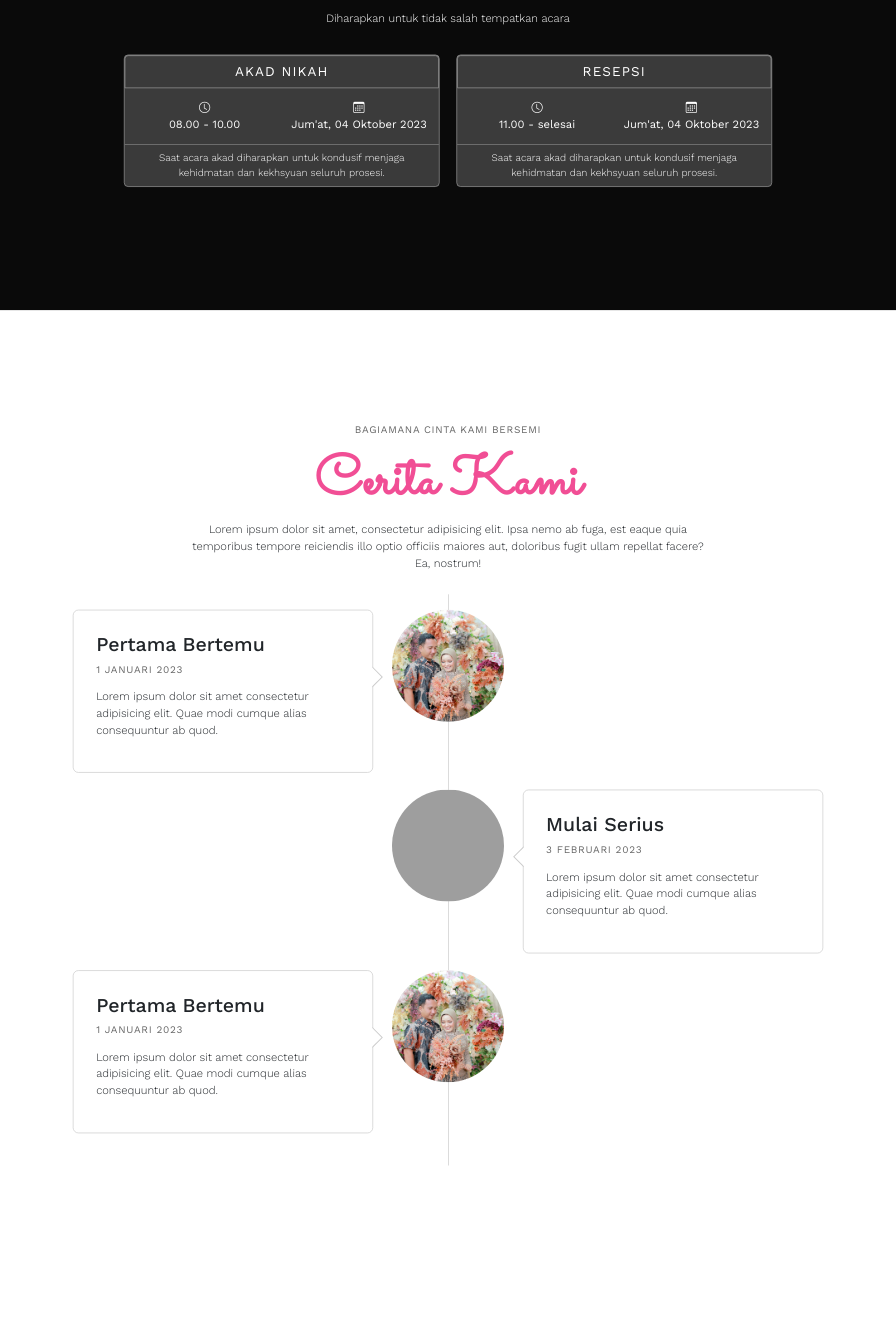
Repository: sellayspy/invitation
Page: index.html
These files come from the project's save history. The page is drawn as it stood at one moment and after the next save; the edit follows.
The browser window is 1280 px wide. The pictures show the part of the page from y = 2080 to 4000 px (the page is 4000 px tall), at 70% of full size.
Pictures or frames that could not be fetched are drawn as grey boxes.

Above is the page before, as saved 2024-07-08 20:00:19.

### index.html
<!DOCTYPE html>
<html lang="en">
  <head>
    <meta charset="utf-8" />
    <meta name="viewport" content="width=device-width, initial-scale=1" />
    <title>Dela & Roni</title>
    <link
      href="https://cdn.jsdelivr.net/npm/bootstrap@5.3.3/dist/css/bootstrap.min.css"
      rel="stylesheet"
      integrity="sha384-QWTKZyjpPEjISv5WaRU9OFeRpok6YctnYmDr5pNlyT2bRjXh0JMhjY6hW+ALEwIH"
      crossorigin="anonymous"
    />
    <link rel="preconnect" href="https://fonts.googleapis.com" />
    <link rel="preconnect" href="https://fonts.gstatic.com" crossorigin />
    <link
      href="https://fonts.googleapis.com/css2?family=Sacramento&family=Work+Sans:ital,wght@0,100..900;1,100..900&display=swap"
      rel="stylesheet"
    />

    <!--Simple Coutdown-->
    <link rel="stylesheet" href="coutdown/simplyCountdown.theme.default.css" />
    <script src="coutdown/simplyCountdown.min.js"></script>

    <!--Custom CSS Icon-->
    <link rel="stylesheet" href="https://cdn.jsdelivr.net/npm/bootstrap-icons@1.11.3/font/bootstrap-icons.min.css">

    <link rel="stylesheet" href="style.css" />
  </head>
  <body>
    <section
      id="hero"
      class="hero w-100 h-100 p-3 mx-auto text-center d-flex justify-content-center align-items-center text-white"
    >
      <main>
        <h4>Kepada Bapak/Ibu/Saudara/i,</h4>
        <h1>Dela Sri Aprialini & Roni Sahroni</h1>
        <p>Akan melangsungkan resepsi pernikahan dalam:</p>
        <div class="simply-countdown"></div>
        <a href="#undangan" class="btn btn-lg mt-4">Lihat Undangan</a>
      </main>
    </section>

    <nav class="navbar navbar-expand-md bg-transparent sticky-top mynavbar">
      <div class="container">
        <a class="navbar-brand" href="#">Spy</a>
        <button
          class="navbar-toggler border-0"
          type="button"
          data-bs-toggle="offcanvas"
          data-bs-target="#offcanvasNavbar"
          aria-controls="offcanvasNavbar"
          aria-label="Toggle navigation"
        >
          <span class="navbar-toggler-icon"></span>
        </button>
        <div
          class="offcanvas offcanvas-end"
          tabindex="-1"
          id="offcanvasNavbar"
          aria-labelledby="offcanvasNavbarLabel"
        >
          <div class="offcanvas-header">
            <h5 class="offcanvas-title" id="offcanvasNavbarLabel">Spy</h5>
            <button
              type="button"
              class="btn-close"
              data-bs-dismiss="offcanvas"
              aria-label="Close"
            ></button>
          </div>
          <div class="offcanvas-body">
            <div class="navbar-nav ms-auto">
              <a class="nav-link" href="#home">Home</a>
              <a class="nav-link" href="#info">Info</a>
              <a class="nav-link" href="#story">Story</a>
              <a class="nav-link" href="#gallery">Gallery</a>
              <a class="nav-link" href="#rsvp">RSVP</a>
              <a class="nav-link" href="#gifts">Gifts</a>
            </div>
          </div>
        </div>
      </div>
    </nav>

    <section id="home" class="home">
      <div class="container">
        <div class="row justify-content-center">
          <div class="col-md-8 text-center">
            <h2>Acara Pernikahan</h2>
            <h3>
              Diselenggarakan pada 04 oktober 2024 di Tasikmalaya, Jawa Barat
            </h3>
            <p>
              Oleh karena itu, dengan segala hormat, kami bermaksud untuk
              mengundang Bapak/Ibu, Saudara/i, untuk hadir pada acara pernikahan
              kami.
            </p>
          </div>
        </div>

        <div class="row couple">
          <div class="col-lg-6">
            <div class="row">
              <div class="col-8 text-end">
                <h3>Roni Sahroni</h3>
                <p>
                  Lorem ipsum dolor, sit amet consectetur adipisicing elit. Quis
                  rerum qui, placeat harum quod saepe eius necessitatibus sunt
                  doloremque! Aperiam, laborum doloribus quos sit et adipisci
                  molestias iure sunt dolorum?
                </p>
                <p>
                  Putra dari Bpk. Lorem <br />
                  dan Ibu Ipsum
                </p>
              </div>
              <div class="col-4">
                <img
                  src="img/Desain tanpa judul (1).jpg"
                  alt="Roni Sahroni"
                  class="img-responsive rounded-circle"
                />
              </div>
            </div>
          </div>

          <span class="heart"><i class="bi bi-heart-fill"></i></span>

          <div class="col-lg-6">
            <div class="row">
              <div class="col-4">
                <img
                  src="img/Desain tanpa judul (2).jpg"
                  alt="Dela Sri"
                  class="img-responsive rounded-circle"
                />
              </div>
              <div class="col-8">
                <h3>Dela Sri</h3>
                </h3>
                <p>
                  Lorem ipsum dolor, sit amet consectetur adipisicing elit. Quis
                  rerum qui, placeat harum quod saepe eius necessitatibus sunt
                  doloremque! Aperiam, laborum doloribus quos sit et adipisci
                  molestias iure sunt dolorum?
                </p>
                <p>
                  Putra dari Bpk. Lorem <br />
                  dan Ibu Ipsum
                </p>
              </div>
            </div>
          </div>
        </div>
      </div>
    </section>

    <section id="info" class="info">
      <div class="container">
        <div class="row justify-content-center">
          <div class="col-md-8 col-10 text-center">
            <h2>Informasi Acara</h2>
            <p class="alamat">Alamat: Gedung Kologdam, Kodiklat TNI AL AD. <br> Jl. Kologdam No. 1, Kec. Bandung</p>
            <a href="https://maps.app.goo.gl/j2RVmCKoAZy6CYFM9" target="_blank" class="btn btn-light btn-sm my-3">Klik untuk membuka peta</a>
            <p class="description">Diharapkan untuk tidak salah tempatkan acara</p>
          </div>
        </div>

        <div class="row justify-content-center mt-4">
          <div class="col-md-5 col-10">
            <div class="card text-center text-bg-light mb-5">
         <div class="card-header">Akad Nikah</div>
              <div class="card-body">
                <div class="row justify-content-center">
                  <div class="col-md-6">
                    <i class="bi bi-clock d-block"></i>
                    <span>08.00 - 10.00</span>
                  </div>
                  <div class="col-md-6">
                    <i class="bi bi-calendar3 d-block"></i>
                    <span>Jum'at, 04 Oktober 2023</span>
                  </div>
                </div>
             </div>
         <div class="card-footer">
          Saat acara akad diharapkan untuk kondusif menjaga kehidmatan dan kekhsyuan seluruh prosesi.
        </div>
          </div>
          </div>

          <div class="col-md-5 col-10">
            <div class="card text-center text-bg-light">
         <div class="card-header">Resepsi</div>
              <div class="card-body">
                <div class="row justify-content-center">
                  <div class="col-md-6">
                    <i class="bi bi-clock d-block"></i>
                    <span>11.00 - selesai</span>
                  </div>
                  <div class="col-md-6">
                    <i class="bi bi-calendar3 d-block"></i>
                    <span>Jum'at, 04 Oktober 2023</span>
                  </div>
                </div>
             </div>
         <div class="card-footer">
          Saat acara akad diharapkan untuk kondusif menjaga kehidmatan dan kekhsyuan seluruh prosesi.
        </div>
          </div>
          </div>
        </div>
      </div>
    </section>

    <section id="story" class="story">
      <div class="container">
        <div class="row justify-content-center">
          <div class="col-md-8 col-10 text-center">
            <span>Bagiamana Cinta Kami Bersemi</span>
            <h2>Cerita Kami</h2>
            <p>Lorem ipsum dolor sit amet, consectetur adipisicing elit. Ipsa nemo ab fuga, est eaque quia temporibus tempore reiciendis illo optio officiis maiores aut, doloribus fugit ullam repellat facere? Ea, nostrum!</p>
          </div>
        </div>
        <div class="row">
          <div class="col">
            <ul class="timeline">
              <li>
                <div class="timeline-image" style="background-image: url(img/img-4.jpg);"></div>
                <div class="timeline-panel">
                  <div class="timeline-heading">
                  <h3>Pertama Bertemu</h3>
                  <span>1 Januari 2023</span>
                </div>
                <div class="timeline-body">
                  <p>Lorem ipsum dolor sit amet consectetur adipisicing elit. Quae modi cumque alias consequuntur ab quod.</p>
                </div>
                </div>

              </li>
              <li class="timeline-inverted">
                <div class="timeline-image" style="background-image: url(https://picsum.photos/300/300);"></div>
                <div class="timeline-panel">
                  <div class="timeline-heading">
                  <h3>Mulai Serius</h3>
                  <span>3 Februari 2023</span>
                </div>
                <div class="timeline-body">
                  <p>Lorem ipsum dolor sit amet consectetur adipisicing elit. Quae modi cumque alias consequuntur ab quod.</p>
                </div>
                </div>

              </li>
              <li>
                <div class="timeline-image" style="background-image: url(img/img-4.jpg);"></div>
                <div class="timeline-panel">
                  <div class="timeline-heading">
                  <h3>Pertama Bertemu</h3>
                  <span>1 Januari 2023</span>
                </div>
                <div class="timeline-body">
                  <p>Lorem ipsum dolor sit amet consectetur adipisicing elit. Quae modi cumque alias consequuntur ab quod.</p>
                </div>
                </div>

              </li>
            </ul>
          </div>
        </div>
      </div>
    </section>

    <script
      src="https://cdn.jsdelivr.net/npm/bootstrap@5.3.3/dist/js/bootstrap.bundle.min.js"
      integrity="sha384-YvpcrYf0tY3lHB60NNkmXc5s9fDVZLESaAA55NDzOxhy9GkcIdslK1eN7N6jIeHz"
      crossorigin="anonymous"
    ></script>

    <script>
      simplyCountdown(".simply-countdown", {
        year: 2024, // required
        month: 10, // required
        day: 4, // required
        hours: 8, // Default is 0 [0-23] integer
        words: {
          //words displayed into the countdown
          days: { singular: "hari", plural: "hari" },
          hours: { singular: "jam", plural: "jam" },
          minutes: { singular: "menit", plural: "menit" },
          seconds: { singular: "detik", plural: "detik" },
        },
      });
    </script>

    <script>

      const hamburger = document.querySelector(".navbar-toggler");

      const stickyTop = document.querySelector(".sticky-top");

      hamburger.addEventListener("click", () => {
        stickyTop.style.overflow = 'visible'
      });

      const offCanvas = document.querySelector(".offcanvas");

      offCanvas.addEventListener("hidden.bs.offcanvas", () => {
        stickyTop.style.overflow = 'hidden'
      });

    </script>
  </body>
</html>

### coutdown/simplyCountdown.theme.default.css
.simply-countdown {
  overflow: hidden;
  display: table;
  font-family: "Arial", sans-serif;
  margin: auto;
}
.simply-countdown > .simply-section {
  width: 50px;
  height: 50px;
  padding: 80px;
  display: flex;
  align-items: center;
  justify-content: center;
  float: left;
  margin: 10px;
  background: var(--pink);
  box-shadow: 0 1px 3px rgba(0, 0, 0, 0.12), 0 1px 2px rgba(0, 0, 0, 0.24);
  border-radius: 50%;
}
.simply-countdown > .simply-section .simply-amount,
.simply-countdown > .simply-section .simply-word {
  display: block;
  text-align: center;
}
.simply-countdown > .simply-section .simply-amount {
  font-size: 1.6rem;
}

### style.css
:root {
  --pink: #f14e95;

  --bg: #0a0a0a;

  --shadow: 0 2px 2px rgb(0 0 0/ 0.5);
}

body {
  font-size: 1.2rem;
  font-family: "Work Sans", sans-serif;
  min-height: 4000px;
}

.hero::before {
  content: "";
  position: absolute;
  top: 0;
  left: 0;
  height: 100%;
  width: 100%;
  background-image: url(img/gambar-1.jpg);
  background-size: cover;
  background-position: center;
  z-index: -1;
  filter: blur(2px);
}

.hero {
  position: relative;
  min-height: 100vh;
}

.hero h1,
.hero h4,
.hero p {
  text-shadow: var(--shadow);
}

.hero h1 {
  font-family: "Sacramento", cursive;
  font-size: 6rem;
}

.hero h4 {
  font-size: 1.6rem;
}

.hero p {
  font-size: 1.4rem;
}

.hero a {
  color: var(--pink);

  background-color: white;

  box-shadow: var(--shadow);
}

.hero a:hover {
  background-color: var(--pink);
  color: white;
}

.mynavbar {
  background-color: rgba(255, 255, 255, 0.4) !important;
  backdrop-filter: blur(4px);
}

.mynavbar .offcanvas {
  height: 100vh;
}

.mynavbar .navbar-brand,
.mynavbar .offcanvas-title {
  font-family: "Sacramento", cursive;
  font-size: 3.2rem;
  font-weight: bold;
}

.mynavbar .nav-link {
  text-transform: uppercase;
}

.home {
  background-image: url(img/Desain\ tanpa\ judul.png);
  background-size: cover;
  min-height: 100vh;
  margin-top: -6rem;
  padding-top: 15rem;
  padding-bottom: 5rem;
}

.home h2,
.info h2,
.story h2 {
  color: var(--pink);
  font-family: "Sacramento", cursive;
  font-size: 5rem;
  font-weight: bold;
}

.home h3 {
  color: #444;
  font-size: 1.5rem;
  margin-bottom: 1rem;
}

.home p {
  font-size: 1.1rem;
  color: #666;
}

.home .couple {
  margin-top: 100px;
}

.home .couple h3 {
  font-family: "Sacramento";
  font-size: 2.4rem;
  color: var(--pink);
}

.home .couple img {
  width: 100%;
}

.home .heart {
  width: 50px;
  height: 50px;
  background-color: white;
  display: flex;
  border-radius: 50%;
  box-shadow: 0 0 5px rgba(0, 0, 0, 0.5);
  position: absolute;
  left: 50%;
  transform: translateX(-50%) translateY(65px);
}

.home .heart i {
  margin: auto;
  color: var(--pink);
}

.info {
  background-color: var(--bg);
  color: white;
  padding-top: 10rem;
  padding-bottom: 8rem;
}

.info .alamat {
  font-size: 1.1rem;
}

.info .description {
  font-size: 1rem;
  font-weight: 300;
}

.info .card {
  background-color: rgba(255, 255, 255, 0.2) !important;
  color: white !important;
  border: 1px solid #999;
}

.info .card-header {
  border: 1px solid #999;
  text-transform: uppercase;
  letter-spacing: 0.1rem;
}

.info .card-body {
  font-size: 1rem;
}

.info .card-footer {
  border-top: 1px solid #999;
  font-size: 0.9rem;
  font-weight: 300;
}

.story {
  padding-top: 10rem;
  padding-bottom: 8rem;
}

.story span {
  text-transform: uppercase;
  color: #666;
  font-size: 0.9rem;
  letter-spacing: 1px;
  margin-bottom: 1rem;
  display: block;
}

.story p {
  font-size: 1rem;
  font-weight: 300;
}

.timeline {
  list-style: none;
  padding: 1.4rem;
  margin-top: 1rem;
  position: relative;
}

.timeline::before {
  content: "";
  top: 0;
  bottom: 0;
  position: absolute;
  width: 1px;
  background-color: #ccc;
  left: 50%;
}

.timeline li {
  margin-bottom: 1.5rem;
  position: relative;
}

.timeline li::before,
.timeline li::after {
  content: "";
  display: table;
}

.timeline li::after {
  clear: both;
}

.timeline li .timeline-image {
  width: 160px;
  height: 160px;
  background-color: #ccc;
  position: absolute;
  left: 50%;
  transform: translateX(-50%);
  border-radius: 50%;
  background-size: cover;
  background-position: center;
  background-repeat: no-repeat;
}

.timeline li .timeline-panel {
  width: 40%;
  float: left;
  border: 1px solid #ccc;
  padding: 2rem;
  position: relative;
  border-radius: 8px;
}

.timeline li .timeline-panel::before {
  content: "";
  display: inline-block;
  position: absolute;
  border-top: 15px solid transparent;
  border-left: 15px solid #ccc;
  border-right: 0 solid #ccc;
  border-bottom: 15px solid transparent;
  top: 80px;
  right: -15px;
}

.timeline li .timeline-panel::after {
  content: "";
  position: absolute;
  display: inline-block;
  border-top: 14px solid transparent;
  border-left: 14px solid #fff;
  border-right: 0 solid #fff;
  border-bottom: 14px solid transparent;
  top: 81px;
  right: -13px;
}

.timeline li.timeline-inverted .timeline-panel {
  float: right;
}

.timeline li.timeline-inverted .timeline-panel::before {
  border-left-width: 0;
  border-right-width: 15px;
  left: -15px;
  right: auto;
}

.timeline li.timeline-inverted .timeline-panel::after {
  border-left-width: 0;
  border-right-width: 14px;
  left: -13px;
  right: auto;
}

/* Media Query */

/* Extra large devices (large laptops and desktops, 1200px and up) */

@media (max-width: 1200px) {
  .home .heart {
    transform: translateX(-50%) translateY(45px);
  }
}

/* Laptop */
@media (max-width: 992px) {
  html {
    font-size: 75%;
  }
  .simply-countdown > .simply-section {
    padding: 70px;
  }

  .home .heart {
    display: none;
  }
}

/* Tablet */
@media (max-width: 768px) {
  html {
    font-size: 65%;
  }
  .simply-countdown > .simply-section {
    padding: 60px;
    margin: 5px;
  }

  .mynavbar .nav-link {
    font-size: 2rem;
    text-align: center;
  }

  .sticky-top {
    overflow: hidden;
  }
}

/* mobile phone */
@media (max-width: 576px) {
  html {
    font-size: 55%;
  }
  .simply-countdown > .simply-section {
    padding: 45px;
    margin: 3px;
  }
}

Loaded but not shown: coutdown/simplyCountdown.min.js (library)

After the next save:
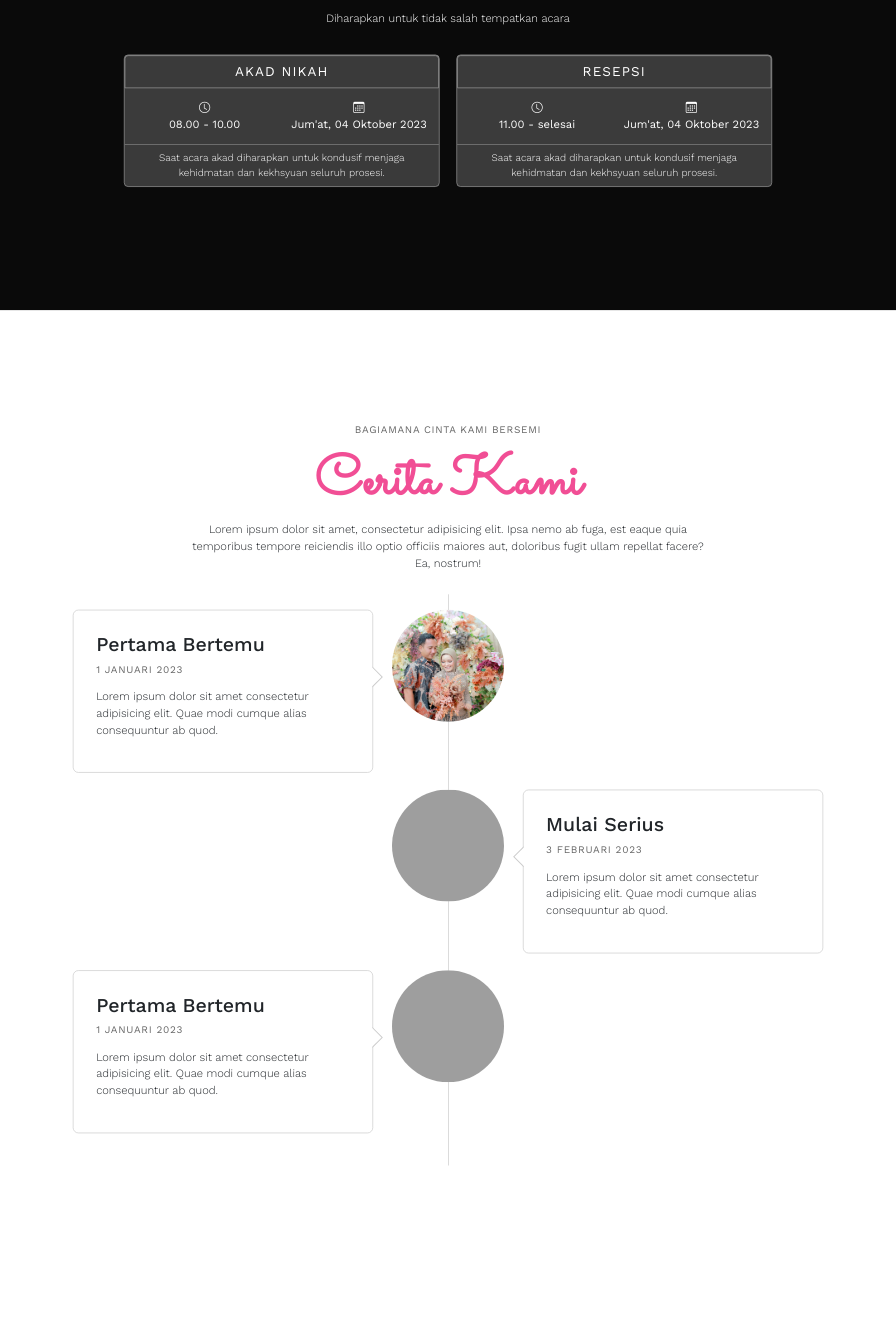
Saved 16 s later.
--- a/index.html
+++ b/index.html
@@ -251,7 +251,7 @@
 
               </li>
               <li>
-                <div class="timeline-image" style="background-image: url(img/img-4.jpg);"></div>
+                <div class="timeline-image" style="background-image: url(https://picsum.photos/301/301);"></div>
                 <div class="timeline-panel">
                   <div class="timeline-heading">
                   <h3>Pertama Bertemu</h3>
